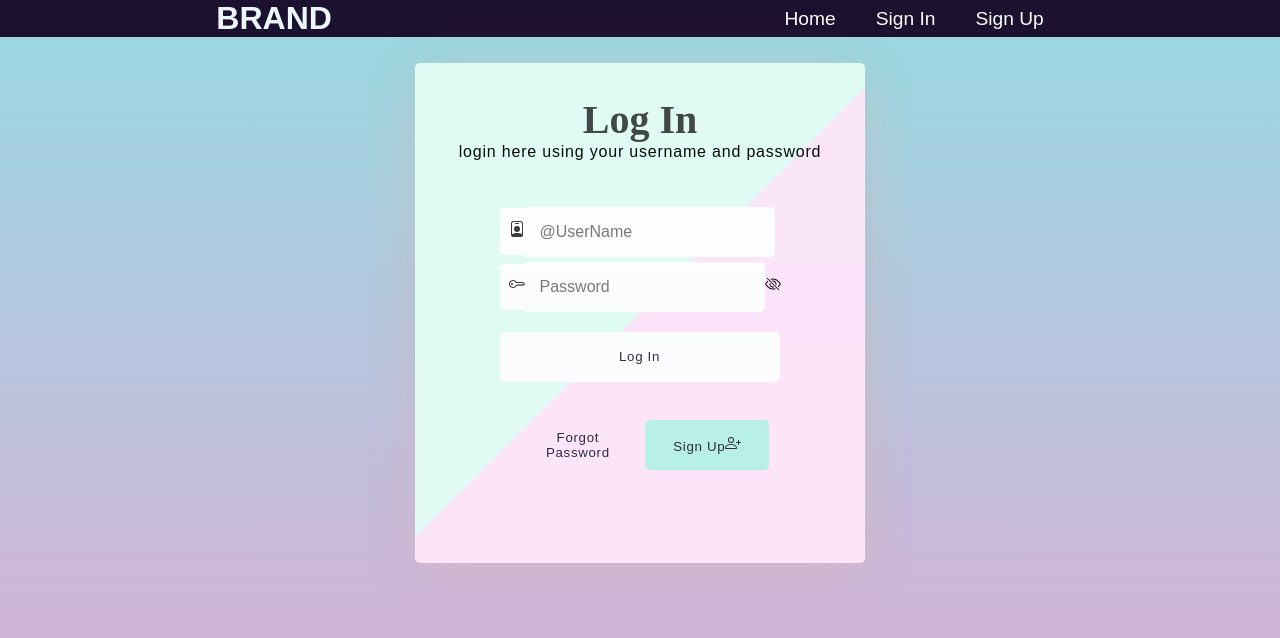
Repository: code-mtaani/ojwang-frontend
Page: /signup
An editor plug-in stored every save of this project. The page is shown before and after the next save, followed by the edit.
The browser window is 1280 px wide. The pictures show the whole page.
The project was rebuilt for these pictures with package versions that can differ from the ones it lists, and the page was loaded fresh each time. Also part of the build but not shown: vite.config.ts, src/Pages/HomePage/Home.pages.tsx, src/Pages/SignIn/SignIn.pages.tsx.

Above is the page before, as saved 2023-02-01 10:20:07.

### src/App.tsx
import { BrowserRouter as Router, Routes, Route } from "react-router-dom";

import Navigation from "./Components/Nav";
import Home from './Pages/HomePage'
import SignIn from "./Pages/SignIn";
import SignUp from "./Pages/SignUp"

function App() {
  return (
    <Router>
      <div className="App">
        <Navigation />
        <Routes>
          <Route path="/" element={<Home />} />
          <Route path="/signin" element={<SignIn/>} />
          <Route path="/signup" element={<SignUp/>} />
        </Routes>
      </div>
    </Router>
  );
}

export default App;

### src/index.css
body {
  margin: 0;
  padding: 0;
  min-width: 320px;
  min-height: 100vh;
  box-sizing: border-box;
}

### src/Components/Nav/index.js
export {default} from './Navigation.component'

### src/Pages/HomePage/index.ts
export { default } from "./Home.pages";

### src/Pages/SignIn/index.ts
export { default } from './SignIn.pages'

### src/Pages/SignUp/index.ts
export {default} from './SignUp.pages'

### src/Components/Nav/Navigation.component.tsx
import React from "react";
import {Link} from "react-router-dom"
import './nav.css'

const Navigation = () => {
  return (
    <nav className="navbar">
      <div className="left">
        <h1><Link to="/"> BRAND </Link></h1>
      </div>

      <div className="right">
        <input type="checkbox" id="check" />
        <label htmlFor="check" className="checkBtn">
          <svg
            xmlns="http://www.w3.org/2000/svg"
            width="30"
            height="30"
            fill="currentColor"
            className="bi bi-justify"
            viewBox="0 0 16 16"
          >
            <path
              fillRule="evenodd"
              d="M2 12.5a.5.5 0 0 1 .5-.5h11a.5.5 0 0 1 0 1h-11a.5.5 0 0 1-.5-.5zm0-3a.5.5 0 0 1 .5-.5h11a.5.5 0 0 1 0 1h-11a.5.5 0 0 1-.5-.5zm0-3a.5.5 0 0 1 .5-.5h11a.5.5 0 0 1 0 1h-11a.5.5 0 0 1-.5-.5zm0-3a.5.5 0 0 1 .5-.5h11a.5.5 0 0 1 0 1h-11a.5.5 0 0 1-.5-.5z"
            />
          </svg>
        </label>

        <ul className="list">
          <li> <Link to="/">Home</Link></li>
          <li> <Link to="/signin">Sign In</Link></li>
          <li> <Link to="signup">Sign Up</Link></li>
        </ul>
      </div>
    </nav>
  );
};

export default Navigation;

### src/Pages/SignUp/SignUp.pages.tsx
import React from "react";
import "./Signup.css";

const SignUp = () => {
  return (
    <div className="overlay">
      <form>
        {/* con = Container  for items in the form */}
        <div className="con">
          {/* <!--     Start  header Content  --> */}
          <header className="head-form">
            <h2>Log In</h2>
            {/* <!--     A welcome message or an explanation of the login form --> */}
            <p>login here using your username and password</p>
          </header>
          {/* End  header Content */}
          <br />
          <div className="field-set">
            {/*user name */}
            <span className="input-item">
              <svg
                xmlns="http://www.w3.org/2000/svg"
                width="16"
                height="16"
                fill="currentColor"
                className="bi bi-person-badge"
                viewBox="0 0 16 16"
              >
                <path d="M6.5 2a.5.5 0 0 0 0 1h3a.5.5 0 0 0 0-1h-3zM11 8a3 3 0 1 1-6 0 3 3 0 0 1 6 0z" />
                <path d="M4.5 0A2.5 2.5 0 0 0 2 2.5V14a2 2 0 0 0 2 2h8a2 2 0 0 0 2-2V2.5A2.5 2.5 0 0 0 11.5 0h-7zM3 2.5A1.5 1.5 0 0 1 4.5 1h7A1.5 1.5 0 0 1 13 2.5v10.795a4.2 4.2 0 0 0-.776-.492C11.392 12.387 10.063 12 8 12s-3.392.387-4.224.803a4.2 4.2 0 0 0-.776.492V2.5z" />
              </svg>
            </span>
            {/* user name Input */}
            <input
              className="form-input"
              id="txt-input"
              type="text"
              placeholder="@UserName"
              required
            />

            <br />

            {/*Password */}

            <span className="input-item">
              <svg
                xmlns="http://www.w3.org/2000/svg"
                width="16"
                height="16"
                fill="currentColor"
                className="bi bi-key"
                viewBox="0 0 16 16"
              >
                <path d="M0 8a4 4 0 0 1 7.465-2H14a.5.5 0 0 1 .354.146l1.5 1.5a.5.5 0 0 1 0 .708l-1.5 1.5a.5.5 0 0 1-.708 0L13 9.207l-.646.647a.5.5 0 0 1-.708 0L11 9.207l-.646.647a.5.5 0 0 1-.708 0L9 9.207l-.646.647A.5.5 0 0 1 8 10h-.535A4 4 0 0 1 0 8zm4-3a3 3 0 1 0 2.712 4.285A.5.5 0 0 1 7.163 9h.63l.853-.854a.5.5 0 0 1 .708 0l.646.647.646-.647a.5.5 0 0 1 .708 0l.646.647.646-.647a.5.5 0 0 1 .708 0l.646.647.793-.793-1-1h-6.63a.5.5 0 0 1-.451-.285A3 3 0 0 0 4 5z" />
                <path d="M4 8a1 1 0 1 1-2 0 1 1 0 0 1 2 0z" />
              </svg>
            </span>
            {/*Password Input */}
            <input
              className="form-input"
              type="password"
              placeholder="Password"
              id="pwd"
              name="password"
              required
            />

            {/*  Show/hide password */}
            <span>
              <svg
                xmlns="http://www.w3.org/2000/svg"
                width="16"
                height="16"
                fill="currentColor"
                className="bi bi-eye-slash"
                viewBox="0 0 16 16"
              >
                <path d="M13.359 11.238C15.06 9.72 16 8 16 8s-3-5.5-8-5.5a7.028 7.028 0 0 0-2.79.588l.77.771A5.944 5.944 0 0 1 8 3.5c2.12 0 3.879 1.168 5.168 2.457A13.134 13.134 0 0 1 14.828 8c-.058.087-.122.183-.195.288-.335.48-.83 1.12-1.465 1.755-.165.165-.337.328-.517.486l.708.709z" />
                <path d="M11.297 9.176a3.5 3.5 0 0 0-4.474-4.474l.823.823a2.5 2.5 0 0 1 2.829 2.829l.822.822zm-2.943 1.299.822.822a3.5 3.5 0 0 1-4.474-4.474l.823.823a2.5 2.5 0 0 0 2.829 2.829z" />
                <path d="M3.35 5.47c-.18.16-.353.322-.518.487A13.134 13.134 0 0 0 1.172 8l.195.288c.335.48.83 1.12 1.465 1.755C4.121 11.332 5.881 12.5 8 12.5c.716 0 1.39-.133 2.02-.36l.77.772A7.029 7.029 0 0 1 8 13.5C3 13.5 0 8 0 8s.939-1.721 2.641-3.238l.708.709zm10.296 8.884-12-12 .708-.708 12 12-.708.708z" />
              </svg>
            </span>

            <br />
            {/*  buttons */}
            {/*button LogIn */}
            <button className="log-in"> Log In </button>
          </div>

          {/* other buttons */}
          <div className="other">
            {/* Forgot Password button */}
            <button className="btn submits frgt-pass">Forgot Password</button>
            {/* Sign Up button */}
            <button className="btn submits sign-up">
              Sign Up
              {/* Sign Up font icon */}
              <svg
                xmlns="http://www.w3.org/2000/svg"
                width="16"
                height="16"
                fill="currentColor"
                className="bi bi-person-plus"
                viewBox="0 0 16 16"
              >
                <path d="M6 8a3 3 0 1 0 0-6 3 3 0 0 0 0 6zm2-3a2 2 0 1 1-4 0 2 2 0 0 1 4 0zm4 8c0 1-1 1-1 1H1s-1 0-1-1 1-4 6-4 6 3 6 4zm-1-.004c-.001-.246-.154-.986-.832-1.664C9.516 10.68 8.289 10 6 10c-2.29 0-3.516.68-4.168 1.332-.678.678-.83 1.418-.832 1.664h10z" />
                <path
                  fillRule="evenodd"
                  d="M13.5 5a.5.5 0 0 1 .5.5V7h1.5a.5.5 0 0 1 0 1H14v1.5a.5.5 0 0 1-1 0V8h-1.5a.5.5 0 0 1 0-1H13V5.5a.5.5 0 0 1 .5-.5z"
                />
              </svg>
            </button>
            {/* End Other the Division */}
          </div>

          {/* End Conrainer */}
        </div>

        {/* End Form */}
      </form>
    </div>
  );
};

export default SignUp;

### src/Components/Nav/nav.css
.navbar{
    background-color: rgb(22,7,36);
    display: flex;
    justify-content: space-around;
    align-items: center;
    /* line-height: 5rem; */
}

.left h1{
    font-size: 2rem;
    cursor: pointer;
}
.left h1 a{
    text-decoration: none;
    color: aliceblue;
}

.checkBtn{
    display: none;
}
#check{
    display: none;
}
.checkBtn{
    cursor: pointer;
    font-size: 30px;
    float: right;
    color: #ed1e79;
    line-height: 88px;
}

.right ul{
    display: flex;
    list-style: none;
}
.right ul li a {
    padding: 10px 20px;
    font-size: 1.2rem;
    color: white;
    cursor: pointer;
    text-decoration: none;
    transition: all 1s;
}

.right ul li a:hover{
    background-color: #fff;
    border-radius: 7px;
    color: rgb(22, 7, 36);
    margin-left: 4px ;
    margin-right: 4px ;
}

/* ================================== Media Queries=================================================== */

@media screen and (max-width:805px){
    .list{
        width: 100%;
        height: 100vh;
        background-color: rgb(22, 7, 36);
        text-align: center;
        display: flex;
        flex-direction: column;
        position: fixed;
        top: 5rem;
        left: 100%;
        transition: all 1s;
    }

    #check{
        display: none;
    }
    .checkBtn{
        display: block;
    }
    #check:checked~ul{
        left: 0%
    }
}

### src/Pages/SignUp/Signup.css

* {
    padding: 0;
    margin: 0;
    box-sizing: border-box;
}
/* End Global rules */

/* Start body rules */
body {
    background-image: linear-gradient(-225deg, #E3FDF5 0%, #FFE6FA 100%);
background-image: linear-gradient(to top, #a8edea 0%, #fed6e3 100%);
background-attachment: fixed;
  background-repeat: no-repeat;

    font-family: 'Vibur', cursive;
/*   the main font */
    font-family: 'Abel', sans-serif;
opacity: .95;
background-image: linear-gradient(to top, #d9afd9 0%, #97d9e1 100%);
}



/* |||||||||||||||||||||||||||||||||||||||||||||*/
/* //////////////////////////////////////////// */




/* End body rules */

/* Start form  attributes */
form {
    width: 450px;
    min-height: 500px;
    height: auto;
    border-radius: 5px;
    margin: 2% auto;
    box-shadow: 0 9px 50px hsla(20, 67%, 75%, 0.31);
    padding: 2%;
    background-image: linear-gradient(-225deg, #E3FDF5 50%, #FFE6FA 50%);
}
/* form Container */
form .con {
    display: -webkit-flex;
    display: flex;

    -webkit-justify-content: space-around;
    justify-content: space-around;

    -webkit-flex-wrap: wrap;
    flex-wrap: wrap;

      margin: 0 auto;
}

/* the header form form */
header {
    margin: 2% auto 10% auto;
    text-align: center;
}
/* Login title form form */
header h2 {
    font-size: 250%;
    font-family: 'Playfair Display', serif;
    color: #3e403f;
}
/*  A welcome message or an explanation of the login form */
header p {letter-spacing: 0.05em;}



/* //////////////////////////////////////////// */
/* //////////////////////////////////////////// */


.input-item {
    background: #fff;
    color: #333;
    padding: 14.5px 0px 15px 9px;
    border-radius: 5px 0px 0px 5px;
}



/* Show/hide password Font Icon */
#eye {
    background: #fff;
    color: #333;

    margin: 5.9px 0 0 0;
    margin-left: -20px;
    padding: 15px 9px 19px 0px;
    border-radius: 0px 5px 5px 0px;

    float: right;
    position: relative;
    right: 1%;
    top: -.2%;
    z-index: 5;

    cursor: pointer;
}
/* inputs form  */
input[class="form-input"]{
    width: 240px;
    height: 50px;

    margin-top: 2%;
    padding: 15px;

    font-size: 16px;
    font-family: 'Abel', sans-serif;
    color: #5E6472;

    outline: none;
    border: none;

    border-radius: 0px 5px 5px 0px;
    transition: 0.2s linear;

}
input[id="txt-input"] {width: 250px;}
/* focus  */
input:focus {
    transform: translateX(-2px);
    border-radius: 5px;
}

/* //////////////////////////////////////////// */
/* //////////////////////////////////////////// */

/* input[type="text"] {min-width: 250px;} */
/* buttons  */
button {
    display: inline-block;
    color: #252537;

    width: 280px;
    height: 50px;

    padding: 0 20px;
    background: #fff;
    border-radius: 5px;

    outline: none;
    border: none;

    cursor: pointer;
    text-align: center;
    transition: all 0.2s linear;

    margin: 7% auto;
    letter-spacing: 0.05em;
}
/* Submits */
.submits {
    width: 48%;
    display: inline-block;
    float: left;
    margin-left: 2%;
}

/*       Forgot Password button FAF3DD  */
.frgt-pass {background: transparent;}

/*     Sign Up button  */
.sign-up {background: #B8F2E6;}


/* buttons hover */
button:hover {
    transform: translatey(3px);
    box-shadow: none;
}

/* buttons hover Animation */
button:hover {
    animation: ani9 0.4s ease-in-out infinite alternate;
}
@keyframes ani9 {
    0% {
        transform: translateY(3px);
    }
    100% {
        transform: translateY(5px);
    }
}

Loaded but not shown: index.html (common file); src/main.tsx (common file)

After the next save:
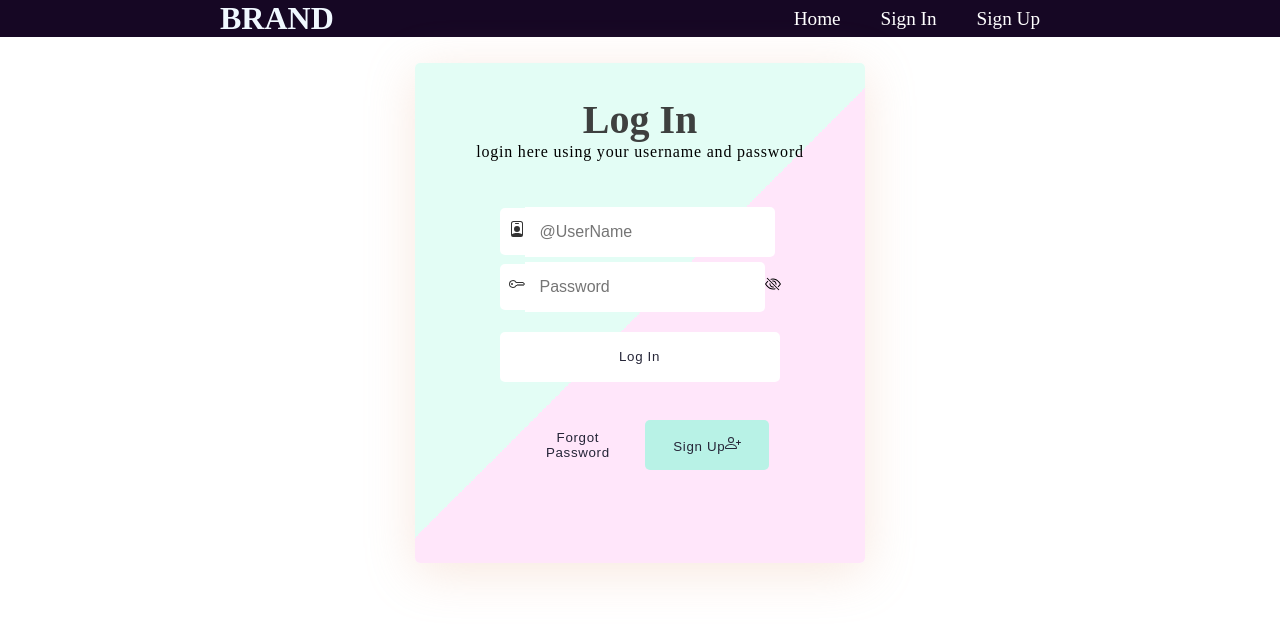
Saved 7 s later.
--- a/src/Pages/SignUp/Signup.css
+++ b/src/Pages/SignUp/Signup.css
@@ -7,18 +7,7 @@
 /* End Global rules */
 
 /* Start body rules */
-body {
-    background-image: linear-gradient(-225deg, #E3FDF5 0%, #FFE6FA 100%);
-background-image: linear-gradient(to top, #a8edea 0%, #fed6e3 100%);
-background-attachment: fixed;
-  background-repeat: no-repeat;
 
-    font-family: 'Vibur', cursive;
-/*   the main font */
-    font-family: 'Abel', sans-serif;
-opacity: .95;
-background-image: linear-gradient(to top, #d9afd9 0%, #97d9e1 100%);
-}
 
 
 
